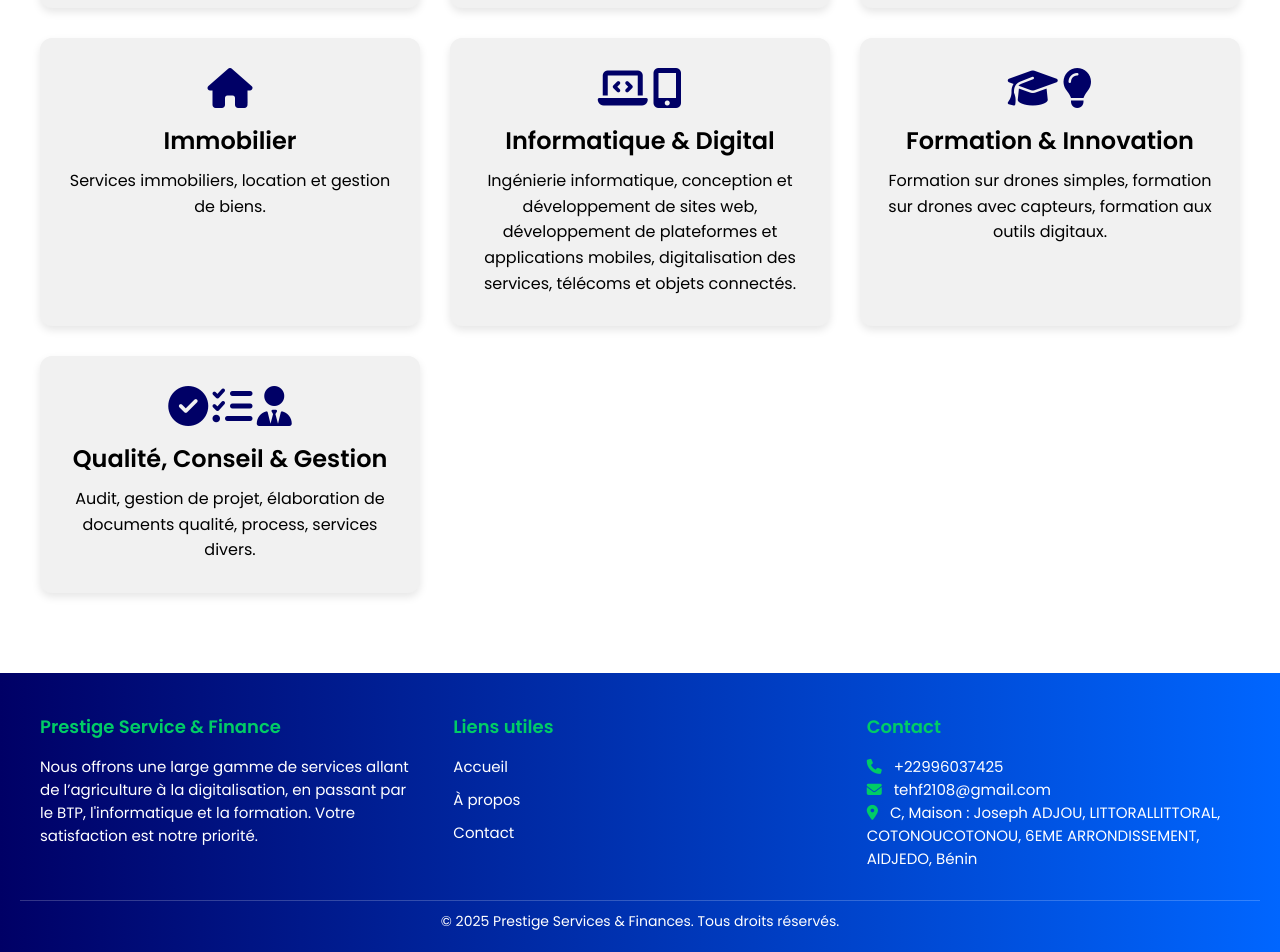
Repository: prestige225/prestige_services_et_finances
Page: AM.HTML
These files come from the project's save history. The page is drawn as it stood at one moment and after the next save; the edit follows.
The browser window is 1280 px wide. The pictures show the part of the page from y = 1238 to 2190 px (the page is 2190 px tall).

Above is the page before, as saved 2025-05-30 17:03:00.
Not found: style.css

After the next save:
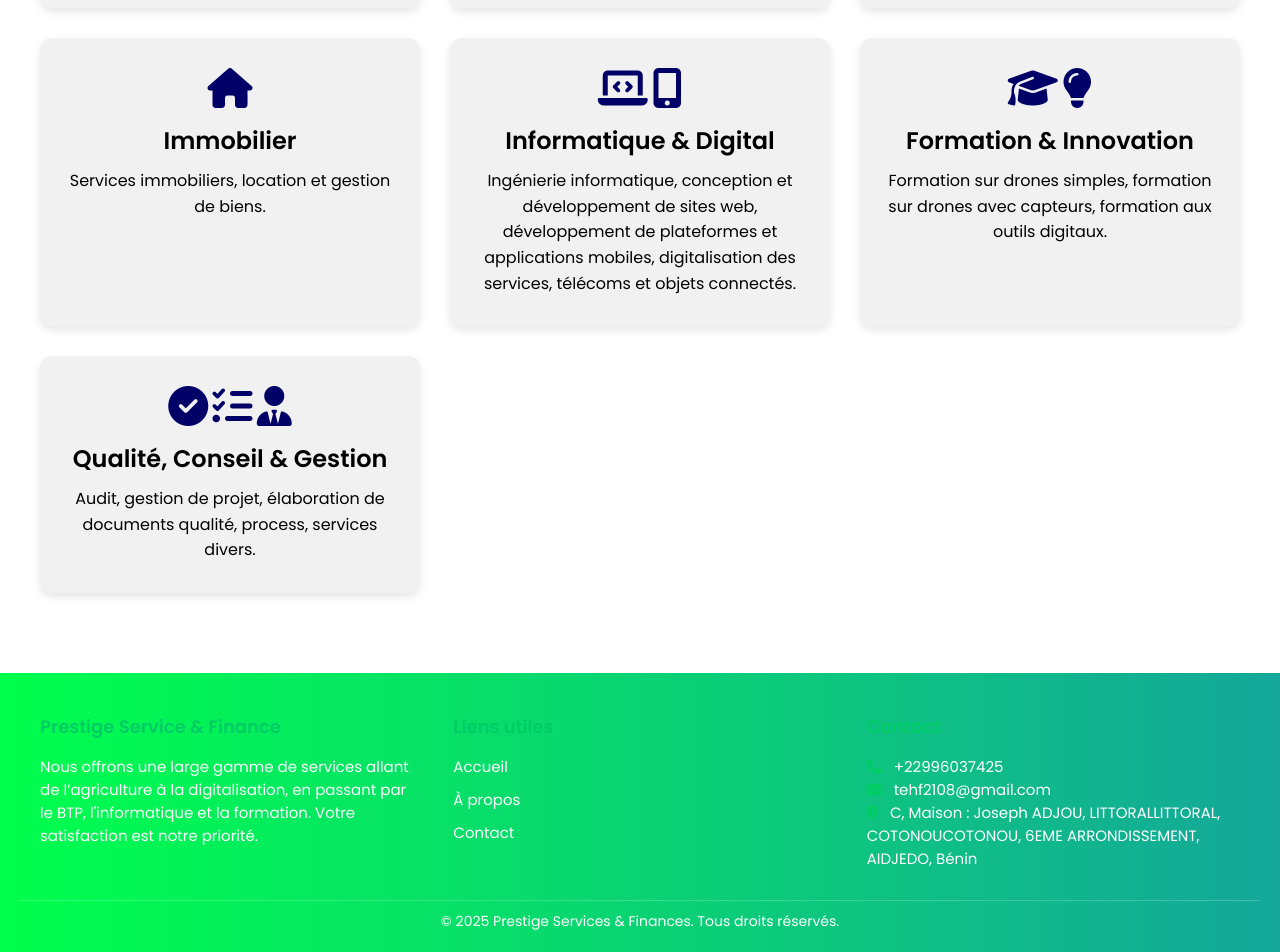
Saved 4 min 9 s later.
--- a/AM.HTML
+++ b/AM.HTML
@@ -272,6 +272,7 @@
 
 .site-footer {
   background: linear-gradient(90deg, #000066, #0066FF);
+  background: linear-gradient(90deg, #00ff4c,#14a79a); /* degradation de couleur de fond*/
   color: #fff;
   padding: 40px 20px 20px;
   font-size: 15px;

After the save that followed:
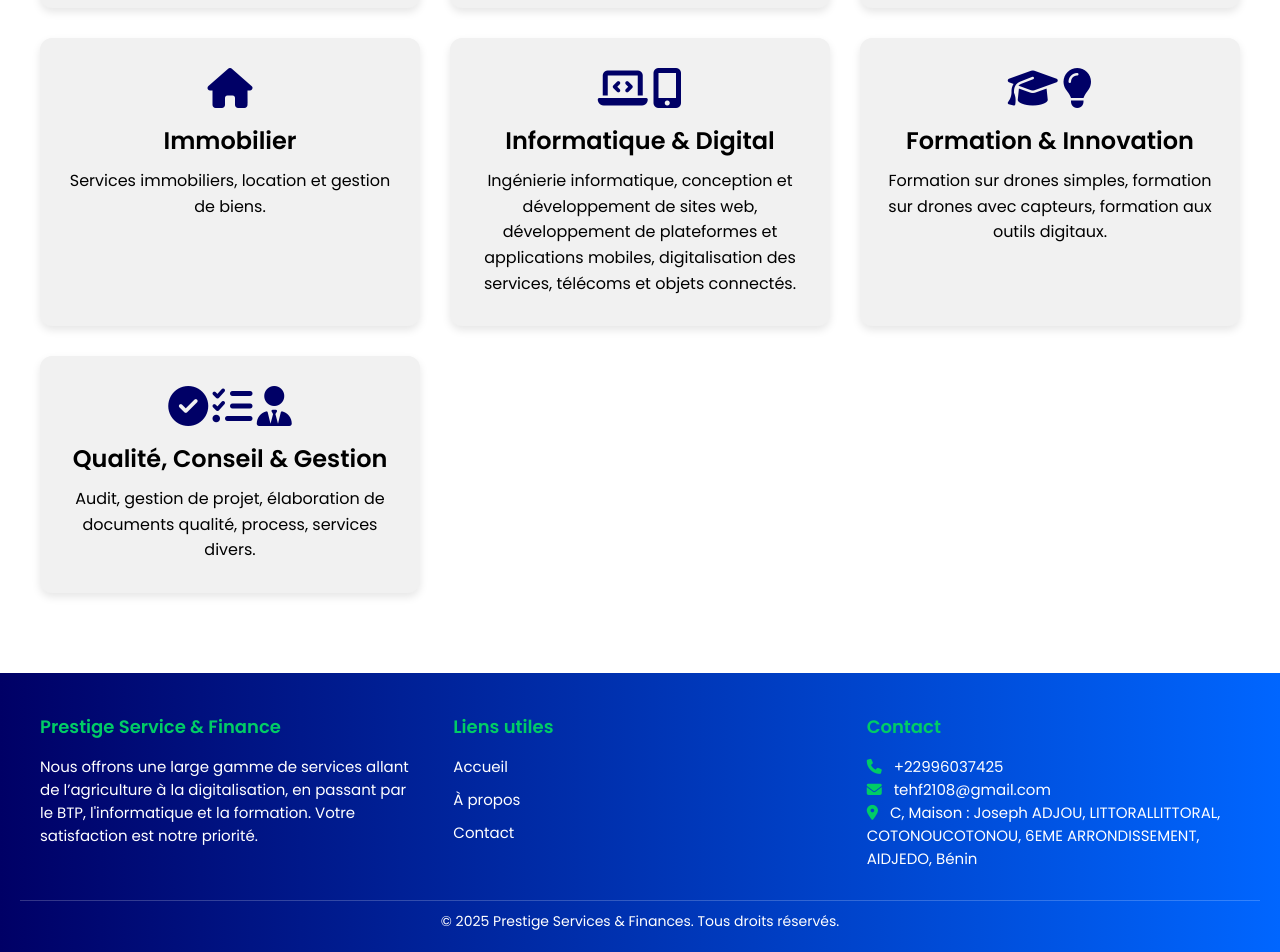
Saved 117 s later.
--- a/AM.HTML
+++ b/AM.HTML
@@ -272,7 +272,7 @@
 
 .site-footer {
   background: linear-gradient(90deg, #000066, #0066FF);
-  background: linear-gradient(90deg, #00ff4c,#14a79a); /* degradation de couleur de fond*/
+
   color: #fff;
   padding: 40px 20px 20px;
   font-size: 15px;
